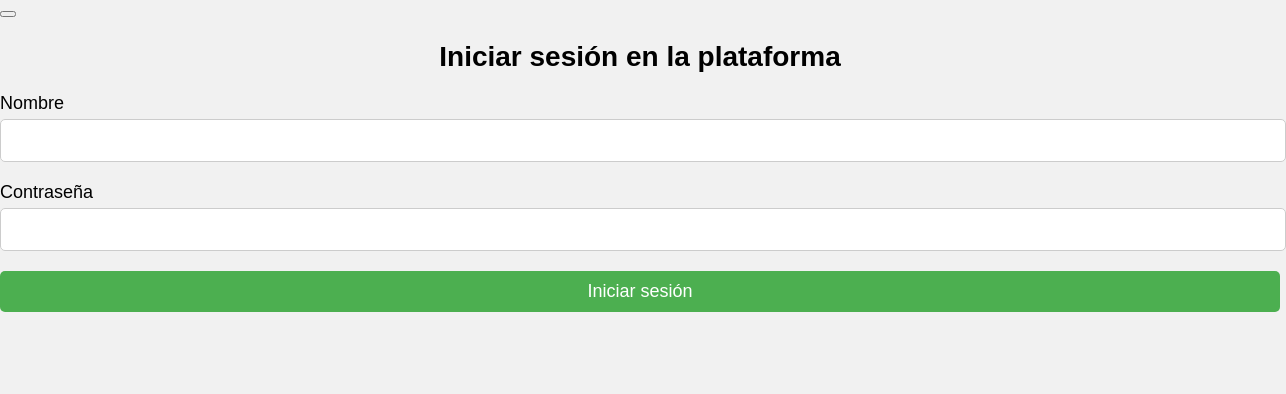
Repository: n0soyHacker/school-administration-app
Page: /
These files come from the project's save history. The page is drawn as it stood at one moment and after the next save; the edit follows.
The browser window is 1280 px wide. The page is 1286 px wide, then 1280 px, so the pictures cover 1286 px, including what lies to the right of the window. The pictures show the whole page.
The project was rebuilt for these pictures with package versions that can differ from the ones it lists, and the page was loaded fresh each time.

Above is the page before, as saved 2023-02-18 19:57:00.

### src/App.js
import React, { useState } from 'react';
import './styleForm.css';

function App() {
  const [darkMode, setDarkMode] = useState(false);

  const handleModeChange = () => {
    setDarkMode(!darkMode);
  };

  const containerClasses = `container ${darkMode ? 'dark-mode' : 'light-mode'}`;

  return (
    <div className="App">
      <div className="header">
        <button className="mode-toggle" onClick={handleModeChange}>
          {darkMode ? <i className="fas fa-sun"></i> : <i className="fas fa-moon"></i>}
        </button>
      </div>
      <div className={containerClasses}>
        <form>
          <h2>Iniciar sesión en la plataforma</h2>
          <div className="form-group">
            <label htmlFor="username">Nombre</label>
            <input type="text" id="username" name='username' required />
          </div>
          <div className="form-group">
            <label htmlFor="password">Contraseña</label>
            <input type="password" id="password" name="password" required />
          </div>
          <button type='submit'>Iniciar sesión</button>
        </form>
      </div>
    </div>
  );
}

export default App;

### src/styleForm.css
body {
  font-family: sans-serif;
  background-color: #f1f1f1;
}

/* Estilos para la barra superior */
.navbar {
  display: flex;
  justify-content: space-between;
  align-items: center;
  background-color: #0074D9;
  color: #fff;
  height: 60px;
  padding: 0 20px;
}

.navbar h1 {
  margin: 0;
}

.toggle-theme {
  display: flex;
  justify-content: center;
  align-items: center;
  width: 40px;
  height: 40px;
  border-radius: 50%;
  background-color: #fff;
  cursor: pointer;
  transition: background-color 0.2s;
}

.toggle-theme i {
  font-size: 24px;
  color: #0074D9;
}

.toggle-theme:hover {
  background-color: #e6e6e6;
}

/* Estilos para el formulario */
.form-container {
  max-width: 500px;
  margin: 0 auto;
  background-color: #fff;
  padding: 20px;
  border-radius: 10px;
  box-shadow: 0 0 10px rgba(0, 0, 0, 0.2);
  margin-top: 20px;
}

h2 {
  text-align: center;
  font-size: 28px;
  margin-bottom: 20px;
}

.form-group {
  margin-bottom: 20px;
  padding-right: 1em; /* Añadido para separar los campos del borde derecho */
}

label {
  display: block;
  margin-bottom: 5px;
  font-size: 18px;
}

input {
  width: 100%;
  padding: 10px;
  font-size: 18px;
  border-radius: 5px;
  border: 1px solid #ccc;
}

button[type="submit"] {
  display: block;
  width: 100%;
  padding: 10px;
  background-color: #4CAF50;
  color: #fff;
  font-size: 18px;
  border: none;
  border-radius: 5px;
  cursor: pointer;
  transition: background-color 0.2s;
}

button[type="submit"]:hover {
  background-color: #3e8e41;
}

Loaded but not shown: public/index.html (common file); src/index.js (common file); src/index.css (common file); src/reportWebVitals.js (common file)

After the next save:
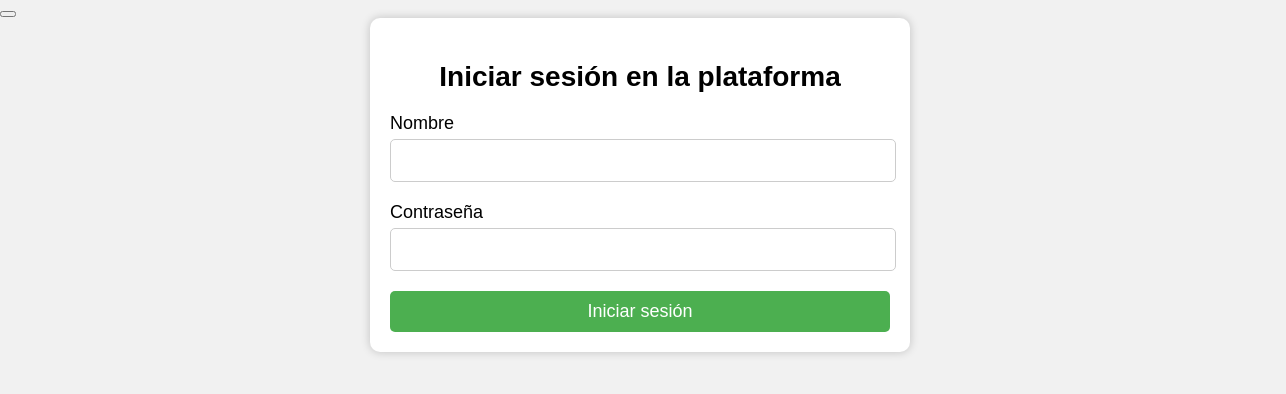
Saved 2 min 16 s later.
--- a/src/styleForm.css
+++ b/src/styleForm.css
@@ -1,53 +1,51 @@
 body {
   font-family: sans-serif;
   background-color: #f1f1f1;
-}
-
-/* Estilos para la barra superior */
-.navbar {
-  display: flex;
-  justify-content: space-between;
-  align-items: center;
-  background-color: #0074D9;
-  color: #fff;
-  height: 60px;
-  padding: 0 20px;
-}
-
-.navbar h1 {
   margin: 0;
 }
 
-.toggle-theme {
+.App {
+  min-height: 100vh;
+  display: flex;
+  flex-direction: column;
+}
+
+.topbar {
+  background-color: #0077be;
+  display: flex;
+  justify-content: flex-end;
+  align-items: center;
+  padding: 10px;
+}
+
+.toggle {
   display: flex;
   justify-content: center;
   align-items: center;
-  width: 40px;
-  height: 40px;
+  background-color: #fff;
   border-radius: 50%;
-  background-color: #fff;
+  width: 30px;
+  height: 30px;
   cursor: pointer;
-  transition: background-color 0.2s;
 }
 
-.toggle-theme i {
-  font-size: 24px;
-  color: #0074D9;
+.toggle i {
+  font-size: 18px;
+  color: #0077be;
 }
 
-.toggle-theme:hover {
-  background-color: #e6e6e6;
+.dark-mode {
+  background-color: #292929;
+  color: #fff;
 }
 
-/* Estilos para el formulario */
-.form-container {
+form {
   max-width: 500px;
   margin: 0 auto;
   background-color: #fff;
   padding: 20px;
   border-radius: 10px;
   box-shadow: 0 0 10px rgba(0, 0, 0, 0.2);
-  margin-top: 20px;
 }
 
 h2 {
@@ -58,7 +56,7 @@ h2 {
 
 .form-group {
   margin-bottom: 20px;
-  padding-right: 1em; /* Añadido para separar los campos del borde derecho */
+  padding-right: 1em;
 }
 
 label {
@@ -84,10 +82,4 @@ button[type="submit"] {
   font-size: 18px;
   border: none;
   border-radius: 5px;
-  cursor: pointer;
-  transition: background-color 0.2s;
 }
-
-button[type="submit"]:hover {
-  background-color: #3e8e41;
-}
